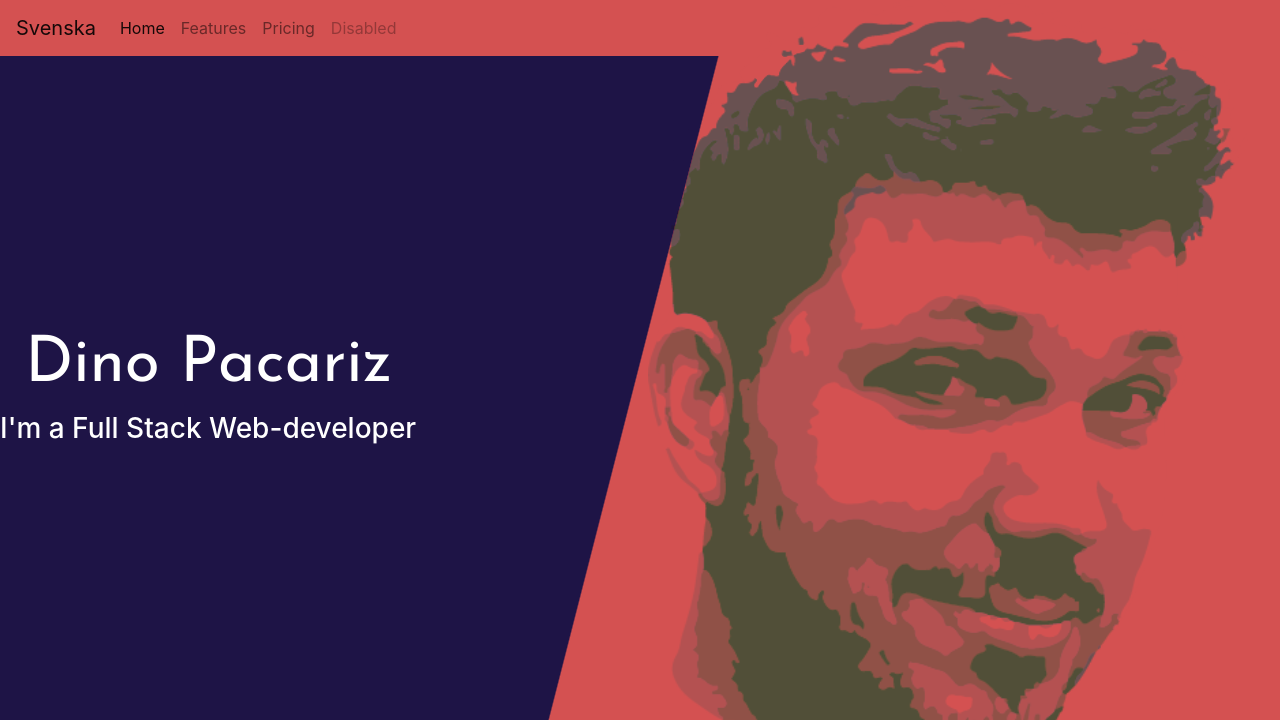
Repository: ImDino/Portfolio
Page: index.html
These files come from the project's save history. The page is drawn as it stood at one moment and after the next save; the edit follows.
The browser window is 1280 px wide. The pictures show the whole page.
Some web libraries are served in a nearby version. The style sheet was rebuilt from its Sass, Less or Tailwind sources for each picture, by a compiler version that may differ from the author's.

Above is the page before, as saved 2020-11-04 00:18:38.

### index.html
<!DOCTYPE html>
<html lang="en">
<head>
    <meta charset="UTF-8">
    <meta name="viewport" content="width=device-width, initial-scale=1.0">
    <link rel="stylesheet" href="https://cdn.jsdelivr.net/npm/bootstrap@4.5.3/dist/css/bootstrap.min.css" integrity="sha384-TX8t27EcRE3e/ihU7zmQxVncDAy5uIKz4rEkgIXeMed4M0jlfIDPvg6uqKI2xXr2" crossorigin="anonymous">
    <link href="https://fonts.googleapis.com/css2?family=Josefin+Sans&display=swap" rel="stylesheet">

    <script src="https://code.jquery.com/jquery-3.5.1.slim.min.js" integrity="sha384-DfXdz2htPH0lsSSs5nCTpuj/zy4C+OGpamoFVy38MVBnE+IbbVYUew+OrCXaRkfj" crossorigin="anonymous"></script>
    <script src="https://cdn.jsdelivr.net/npm/bootstrap@4.5.3/dist/js/bootstrap.bundle.min.js" integrity="sha384-ho+j7jyWK8fNQe+A12Hb8AhRq26LrZ/JpcUGGOn+Y7RsweNrtN/tE3MoK7ZeZDyx" crossorigin="anonymous"></script>
    <script src="https://cdnjs.cloudflare.com/ajax/libs/gsap/3.5.1/gsap.min.js"></script>
    <script src="/js/main.js"></script>


    <link rel="stylesheet" href="css/main.css">
    <title>Dino's Portfolio</title>
</head>
<body>
    <div id='pseudo-div'></div>
    <nav class="navbar navbar-expand-lg navbar-light bg-light">
        <!-- <a class="navbar-brand" href="#">Navbar</a> -->
        <a class="navbar-brand" id='lang' href="#">Svenska</a>
        <button class="navbar-toggler" type="button" data-toggle="collapse" data-target="#navbarNav" aria-controls="navbarNav" aria-expanded="false" aria-label="Toggle navigation">
          <span class="navbar-toggler-icon"></span>
        </button>
        <div class="collapse navbar-collapse" id="navbarNav">
          <ul class="navbar-nav">
            <li class="nav-item active">
              <a class="nav-link" href="#">Home <span class="sr-only">(current)</span></a>
            </li>
            <li class="nav-item">
              <a class="nav-link" href="#">Features</a>
            </li>
            <li class="nav-item">
              <a class="nav-link" href="#">Pricing</a>
            </li>
            <li class="nav-item">
              <a class="nav-link disabled" href="#" tabindex="-1" aria-disabled="true">Disabled</a>
            </li>
          </ul>
        </div>
    </nav>
    <div id='purple-div'>
        <h1>Dino Pacariz</h1>
        <h3>I'm a Full Stack Web-developer</h3>
    </div>
    <div id='face'>
        <img src="img/vectorFace.png" alt="">
    </div>
</body>
</html>

### js/main.js
document.addEventListener('DOMContentLoaded', () => {
    gsap.from("#purple-div", {duration: 1, x: -1000});
    gsap.from("#face", {duration: 1, opacity: 0});
    gsap.from("#face", {clearProps: 'all', duration: 1, x:100});
    TweenLite.from('#face', {y:20, ease:Linear.easeNone});

    // localStorage.clear()



    /*:::::::START:::::::::
    ::: Refresh Counter :::
    :::::::::::::::::::::*/

    if(localStorage.getItem('refreshCount') == null) {
        localStorage.setItem('refreshCount', 1);
    } else {
        let  localRefreshCount = localStorage.getItem('refreshCount')
        localRefreshCount++;
        localStorage.setItem('refreshCount', localRefreshCount);
    }
    if (parseInt(localStorage.getItem('refreshCount')) > 10) {
        localStorage.setItem('refreshCount', 1);
    }
    console.log('RefreshCount: '+localStorage.getItem('refreshCount'))


    /*::::::::END::::::::::
    ::: Refresh Counter :::
    :::::::::::::::::::::*/
})

### scss/main.scss


body {
    background-color: #D45151;
    color: white;
}

#pseudo-div {
    width: 100%;
    background-color: red;
}

.navbar {
    background-color: #D45151 !important;
}

#purple-div {
    padding-top: 60px;
    position: absolute;
    top: 0;
    bottom: 0;
    left: 0;
    right: 0;
    z-index: -1;
    background: linear-gradient(104.35deg, #1E1446 50%, rgba(255, 255, 255, 0) 50.1%);
    display: grid;
    place-content: center left;

    h1, h4 {
        margin-left: 25px;
        font-family: 'Josefin Sans', sans-serif;
        font-size: 4em;
    }
}

#face {
    position: fixed;
    top: 0;
    bottom: 0;
    left: 0;
    right: 0;
    display: grid;

    mix-blend-mode: darken;

    img {
        margin-right: 2rem;
        width: 600px;
        justify-self: right;
        align-self: center;
    }
}



/* //TODO
1. Darkmode, ställa in särskilda färger IFALL man är i darkmode? UX baby.

*/

After the next save:
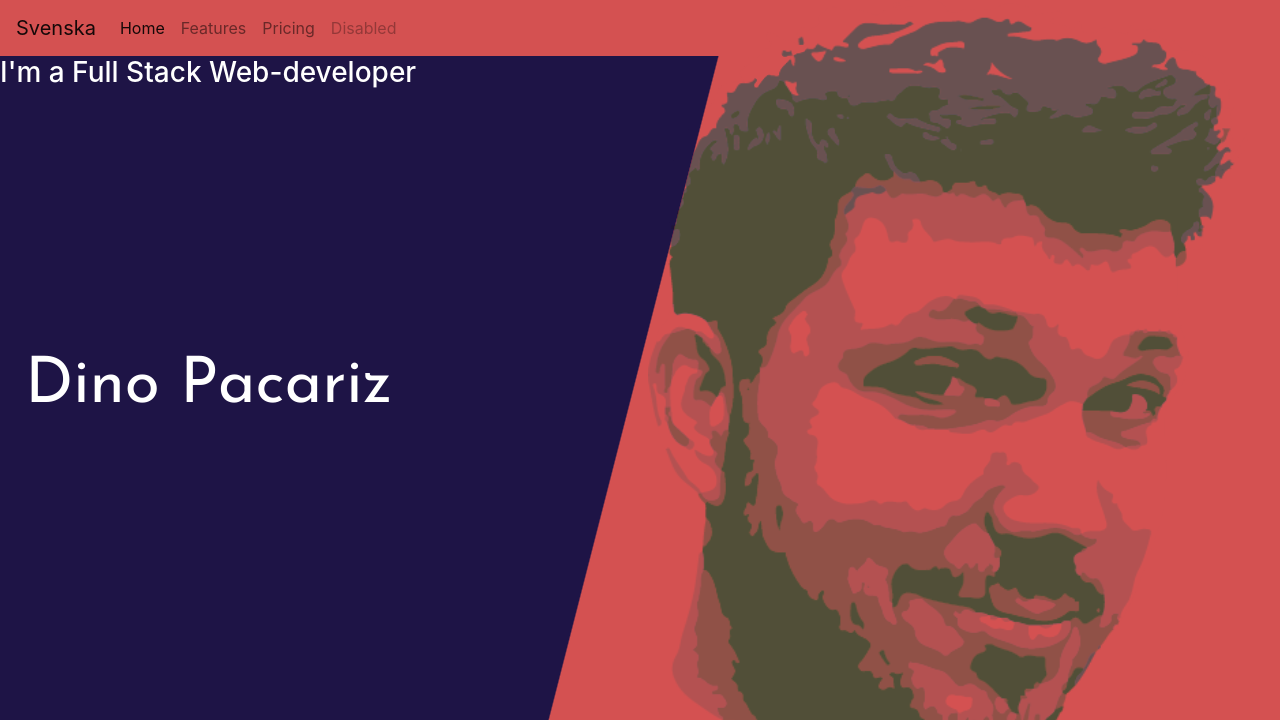
Saved 9 s later.
--- a/index.html
+++ b/index.html
@@ -42,8 +42,8 @@
     </nav>
     <div id='purple-div'>
         <h1>Dino Pacariz</h1>
-        <h3>I'm a Full Stack Web-developer</h3>
     </div>
+    <h3>I'm a Full Stack Web-developer</h3>
     <div id='face'>
         <img src="img/vectorFace.png" alt="">
     </div>
